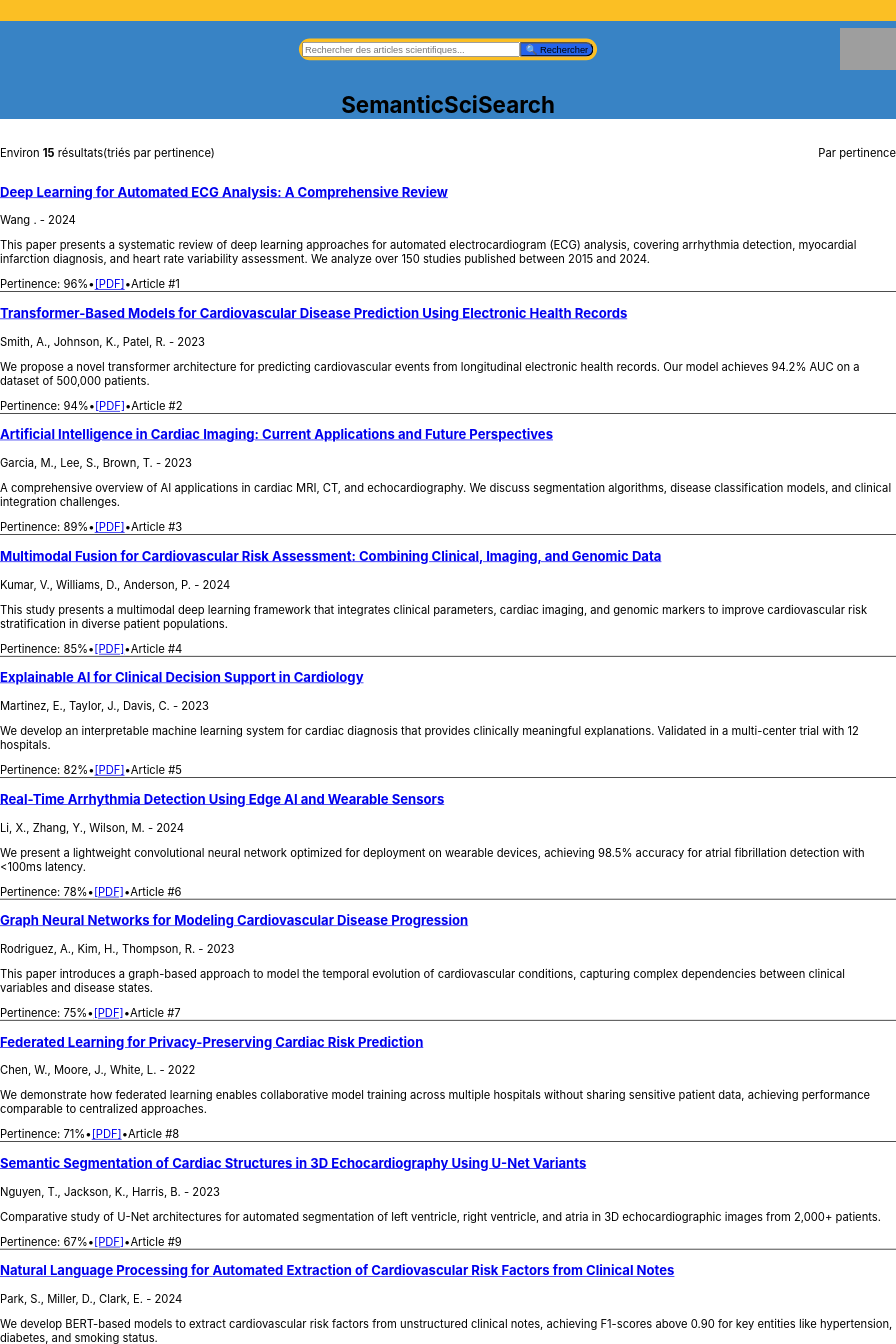
Repository: elh33/SemanticSciSearch
Page: / (app in frontend/)
These files come from the project's save history. The page is drawn as it stood at one moment and after the next save; the edit follows.
The browser window is 1280 px wide. The pictures show the part of the page from y = 0 to 1920 px (the page is 2766 px tall), at 70% of full size.
Pictures or frames that could not be fetched are drawn as grey boxes. The project was rebuilt for these pictures with package versions that can differ from the ones it lists, and the page was loaded fresh each time.

Above is the page before, as saved 2025-11-21 23:08:02.

After the next save:
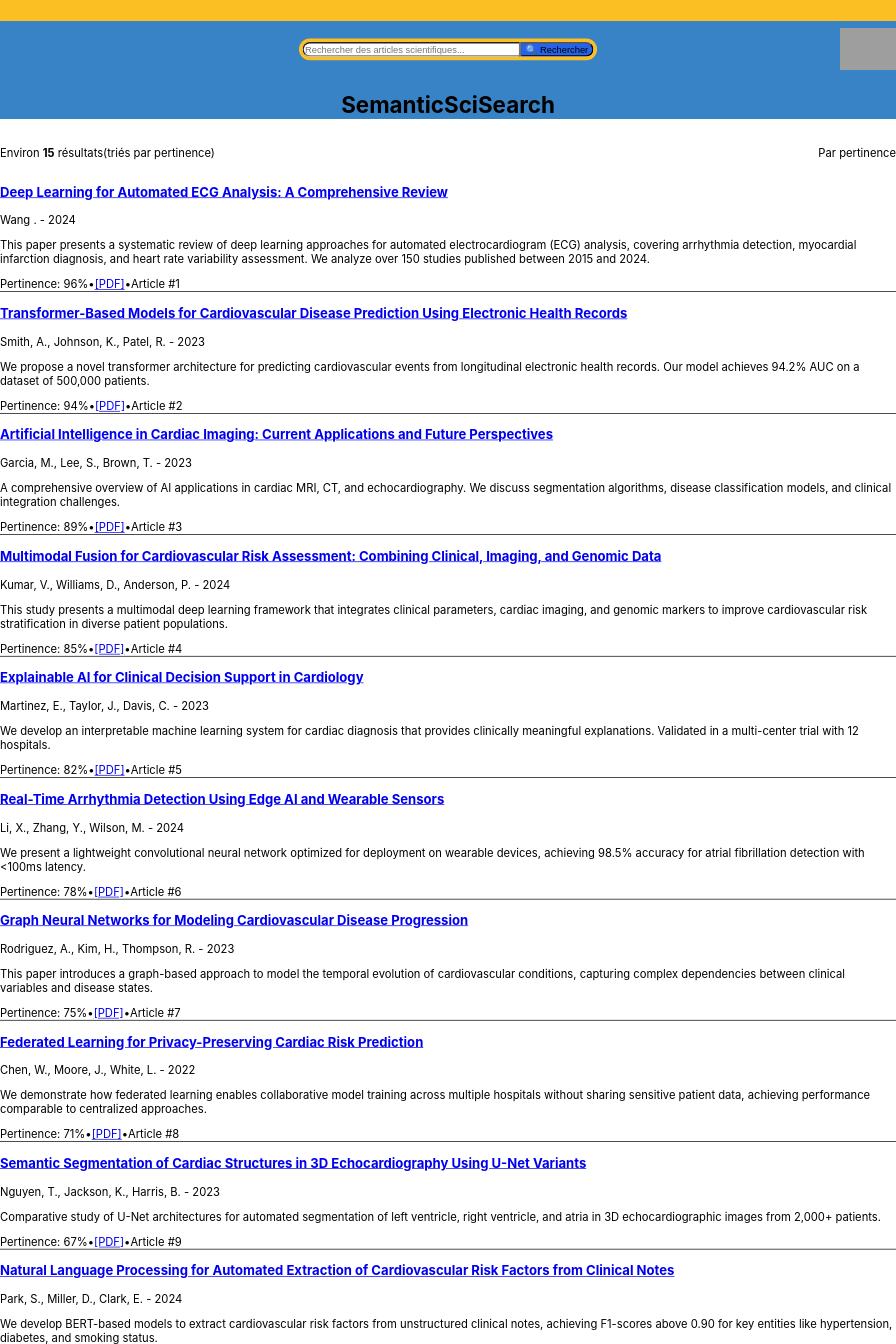
Saved 7 s later.
--- a/frontend/src/components/SearchResults.tsx
+++ b/frontend/src/components/SearchResults.tsx
@@ -57,7 +57,7 @@
                   onChange={(e) => setQuery(e.target.value)}
                   placeholder="Rechercher des articles scientifiques..."
                   className="flex-grow px-10 py-5 text-xl outline-none"
-                  style={{ borderRadius: '12px 2333333333333 0 12px' }}
+                  style={{ borderRadius: '12px 0 0 12px' }}
                 />
                 <button
                   type="submit"
